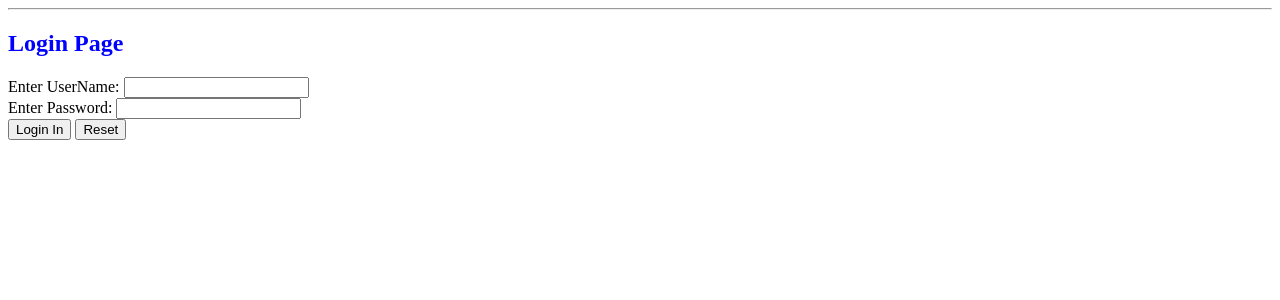
Repository: nikant20/Training
Page: javaee-web40/WebContent/index.html
An editor plug-in stored every save of this project. The page is shown before and after the next save, followed by the edit.
The browser window is 1280 px wide. The pictures show the whole page.

Above is the page before, as saved 2018-09-20 05:09:09.

### javaee-web40/WebContent/index.html
<!DOCTYPE html>
<html>
<head>
<meta charset="ISO-8859-1">
<title>Servlet Demo</title>
</head>
<body>
	<a href="userinfo.html"></a> <hr>
	<h2 style="color:blue">Login Page</h2>
	<form action="loginServlet" method="post">
		<label>Enter UserName: </label><input type="text" name="user"><br>
		<label>Enter Password: </label><input type="text" name="password"><br>
		<input type="submit" value="Login In">
		<input type="reset" value="Reset">
	</form>
</body>
</html>

After the next save:
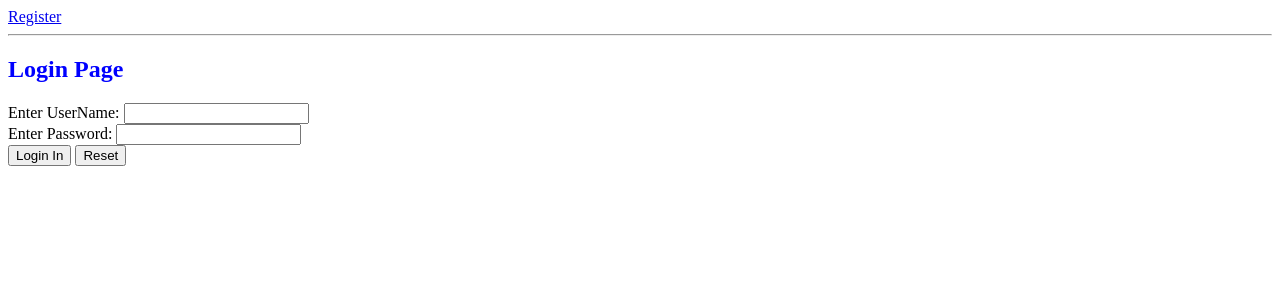
Saved 14 s later.
--- a/javaee-web40/WebContent/index.html
+++ b/javaee-web40/WebContent/index.html
@@ -5,7 +5,8 @@
 <title>Servlet Demo</title>
 </head>
 <body>
-	<a href="userinfo.html"></a> <hr>
+	<a href="userinfo.html">Register</a> <hr>
+
 	<h2 style="color:blue">Login Page</h2>
 	<form action="loginServlet" method="post">
 		<label>Enter UserName: </label><input type="text" name="user"><br>
